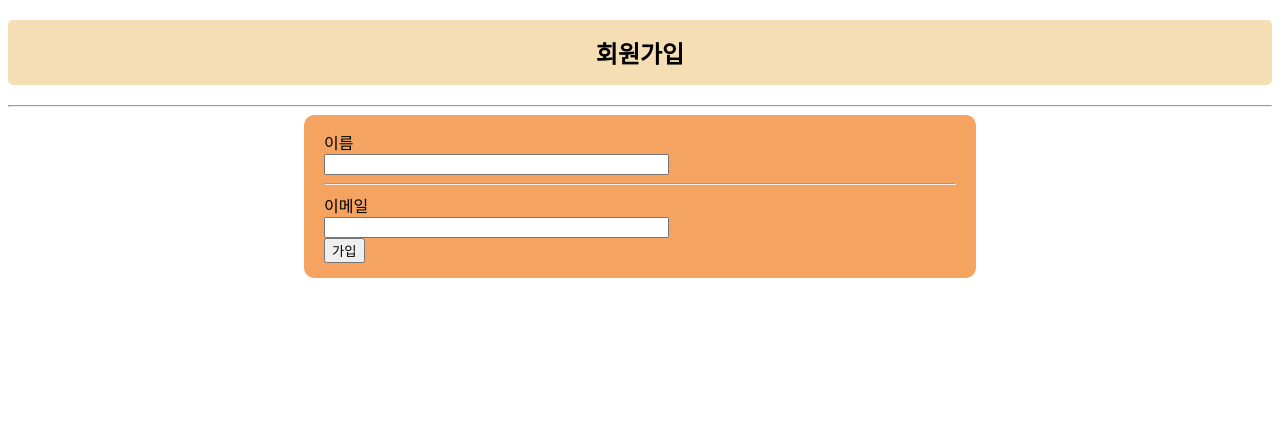
Repository: dngus1683/GameRoom
Page: project1_GameRoom/1~2주차 점검 공부정리/dev/MyWorkspace/jwbook/src/main/webapp/ch03/regform.html
These files come from the project's save history. The page is drawn as it stood at one moment and after the next save; the edit follows.
The browser window is 1280 px wide. The pictures show the whole page.

Above is the page before, as saved 2022-04-19 12:47:17.

After the next save:
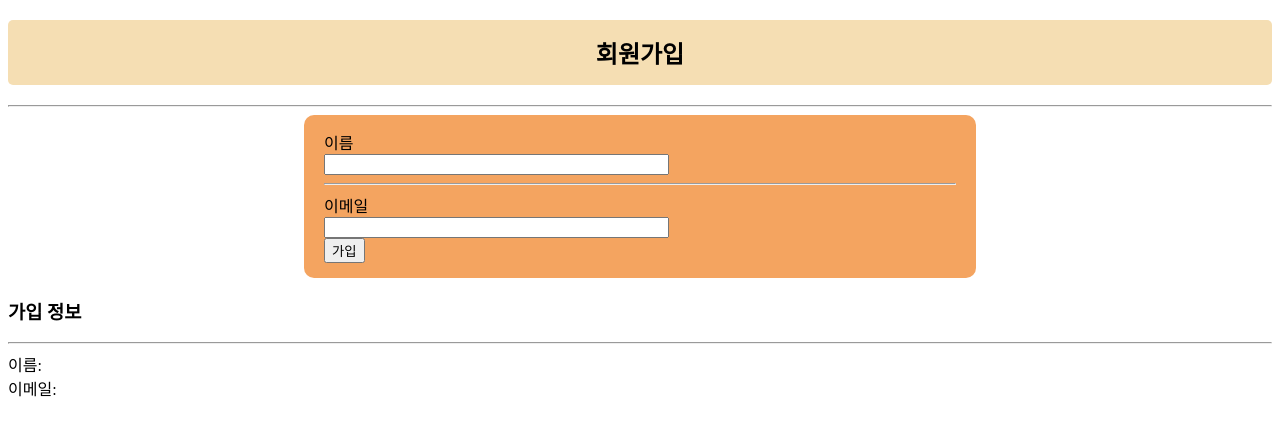
Saved 9 min 12 s later.
--- a/project1_GameRoom/1~2주차 점검 공부정리/dev/MyWorkspace/jwbook/src/main/webapp/ch03/regform.html
+++ b/project1_GameRoom/1~2주차 점검 공부정리/dev/MyWorkspace/jwbook/src/main/webapp/ch03/regform.html
@@ -5,7 +5,7 @@
 <title>회원가입 폼 만들기 예제</title>
 <style>
 h2 {
-	border-radius: 5px;
+	border-radius: 5px; /*박스의 모서리를 둥글게 설정*/
 	background-color: wheat;
 	text-align: center;
 	padding: 15px 0; /*padding 뒤에 2개의 속성값을 가지면 top과 bottom, right와 left 순으로 설정*/
@@ -37,6 +37,13 @@
 	 	<button type="button" onclick="signUp()">가입</button>
 	 </form>
 	</div>
+	<div id="result" class = "result"> <!-- 입력 양식과 같은 위치에 대체할 수 잇는 박스를 새로 만들고 화면에는 보이지 않도록 하고, 가입 버튼을 누르면 입력 양식은 지우고 결과 박스가 보이도록 한다.  -->
+		<h3>가입 정보</h3>
+		<hr>
+		이름: <span id="rname"></span><br> <!-- span 태그는 div 태그처럼 특별한 기능을 갖고있지 않고, CSS와 함게 쓰입니다. div태그와 차이점은 display 속성이 block이 아닌 inline이라는 점!
+											쉽게 말하면 div는 줄바꿈이 되지만 span 은 줄 바꿈이 되지 않는다 -->
+		이메일: <span id="remail"></span><br>
+	</div>
 
 </body>
 </html>

After the 2 saves that followed:
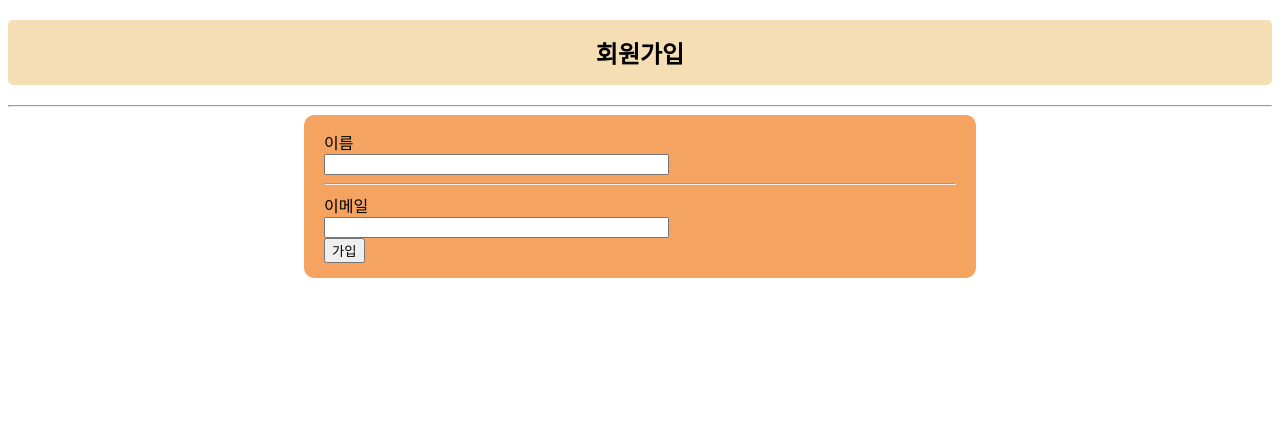
The 2 saves are shown as one change because 1 left the picture as it was.
The last was saved 4 min 56 s later.
--- a/project1_GameRoom/1~2주차 점검 공부정리/dev/MyWorkspace/jwbook/src/main/webapp/ch03/regform.html
+++ b/project1_GameRoom/1~2주차 점검 공부정리/dev/MyWorkspace/jwbook/src/main/webapp/ch03/regform.html
@@ -44,6 +44,10 @@
 											쉽게 말하면 div는 줄바꿈이 되지만 span 은 줄 바꿈이 되지 않는다 -->
 		이메일: <span id="remail"></span><br>
 	</div>
+	<!-- 이대로 실행하면 입력 양식 아래에 박스가 출력된다. 추가로 자바스크립트를 추가해 화면에 보이지 않도록 하고 가입 버튼을 누르면 보이게 해준다. -->
+	<script type="text/javascript"> //head 부분에 작성할 경우 html 파일이 모두 로딩이 되지 않은 상태라 속성 지정이 불가능하므로 결과 화면 코드 이후에 스크립트가 와야 한다.
+		document.getElementById("result").style.display="none"; //id가 result인 영역에 CSS 속성 display = "none"을 부여한다.
+	</script>
 
 </body>
 </html>
